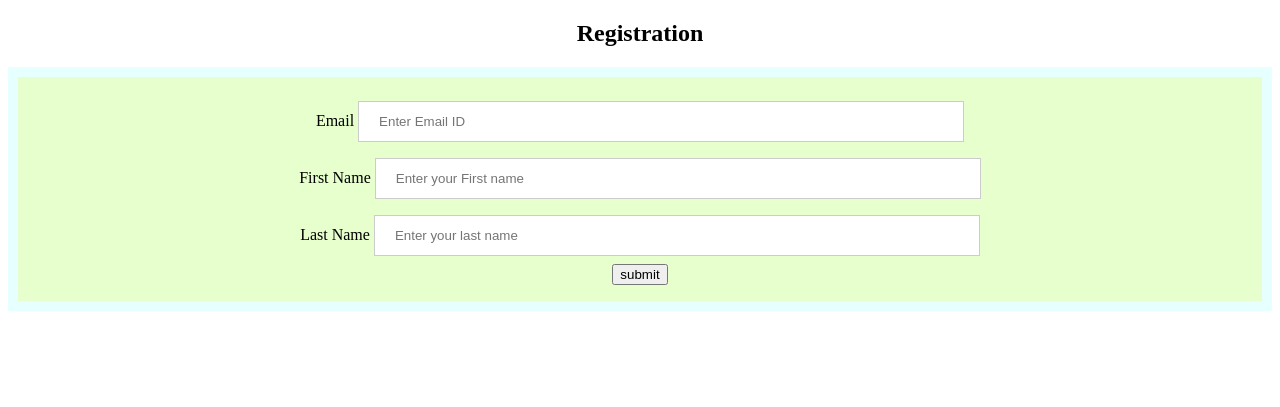
Repository: jagdishpatil18/JavaAdv
Page: Login_App/WebContent/signup.html
These files come from the project's save history. The page is drawn as it stood at one moment and after the next save; the edit follows.
The browser window is 1280 px wide. The pictures show the whole page.

Above is the page before, as saved 2017-04-27 05:07:10.

After the next save:
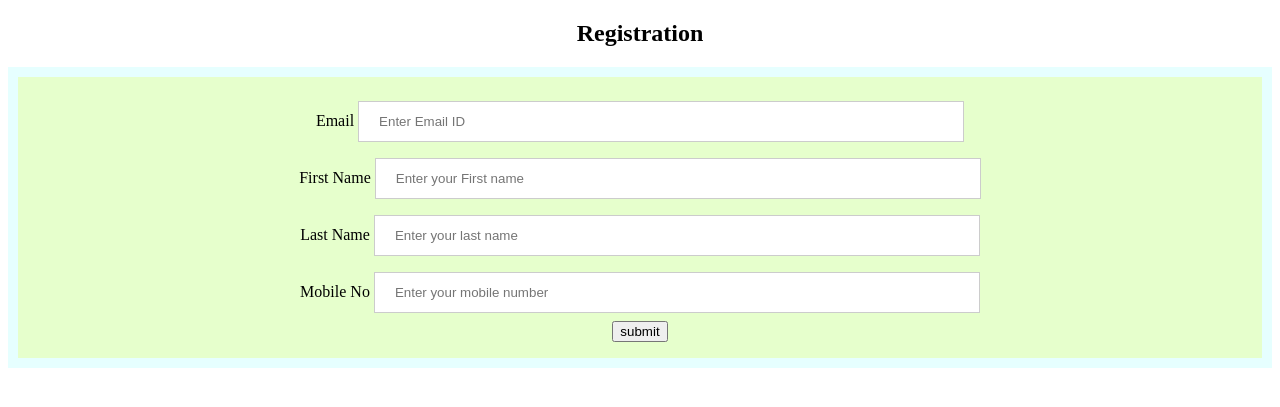
Saved 2 min 33 s later.
--- a/Login_App/WebContent/signup.html
+++ b/Login_App/WebContent/signup.html
@@ -34,6 +34,7 @@
 Email <input type="text" placeholder="Enter Email ID" name="EmailId"><br>
 First Name <input type="text" placeholder="Enter your First name" name="firstname"><br>
 Last Name <input type="text" placeholder="Enter your last name"name="lastName"><br>
+Mobile No <input type="text" placeholder="Enter your mobile number" name="mobileno""><br>
 <input type="submit" value="submit">
 </center>
 </div>
